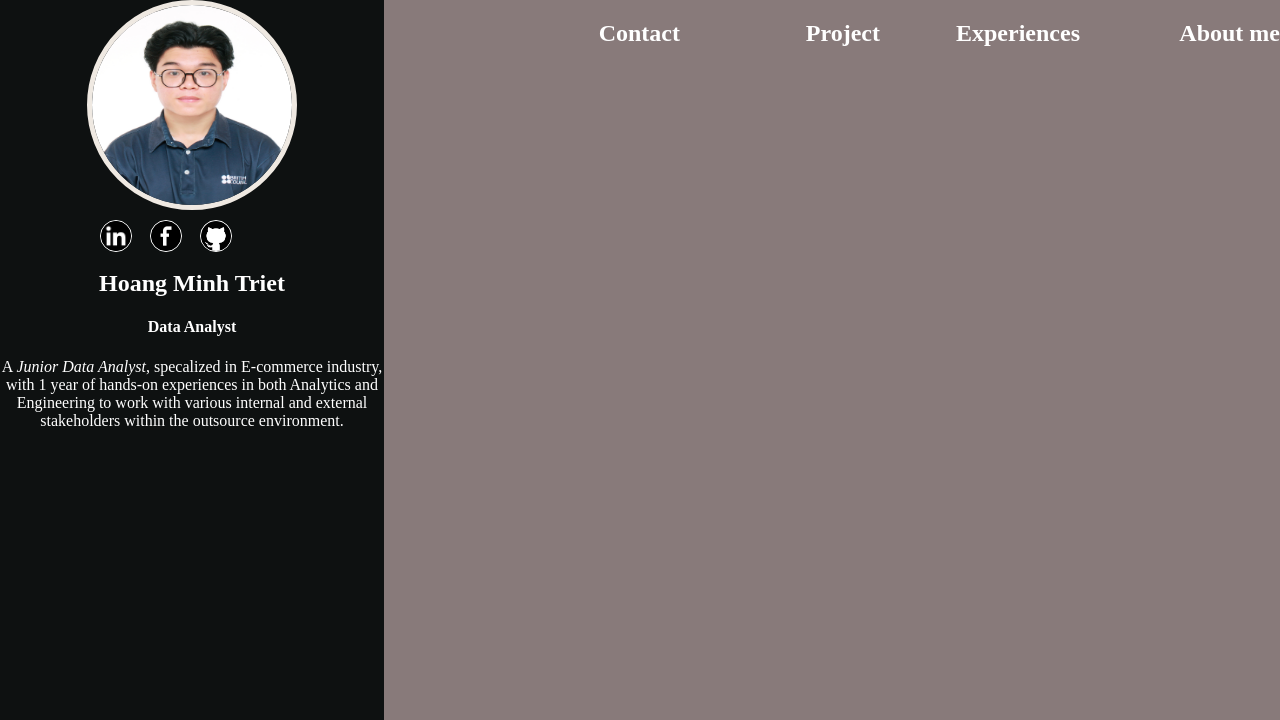
Repository: MinnTrit/personal_website
Page: http://localhost/
The author's editor kept a copy of each file at every save. The page is drawn from the files as they stood at one save, then again after the next save.
The browser window is 1280 px wide. The pictures show the whole page.
The page is served by the project's application, run on Flask 3 (app.py).

Above is the page before, as saved 2025-01-28 23:41:09.

After the next save:
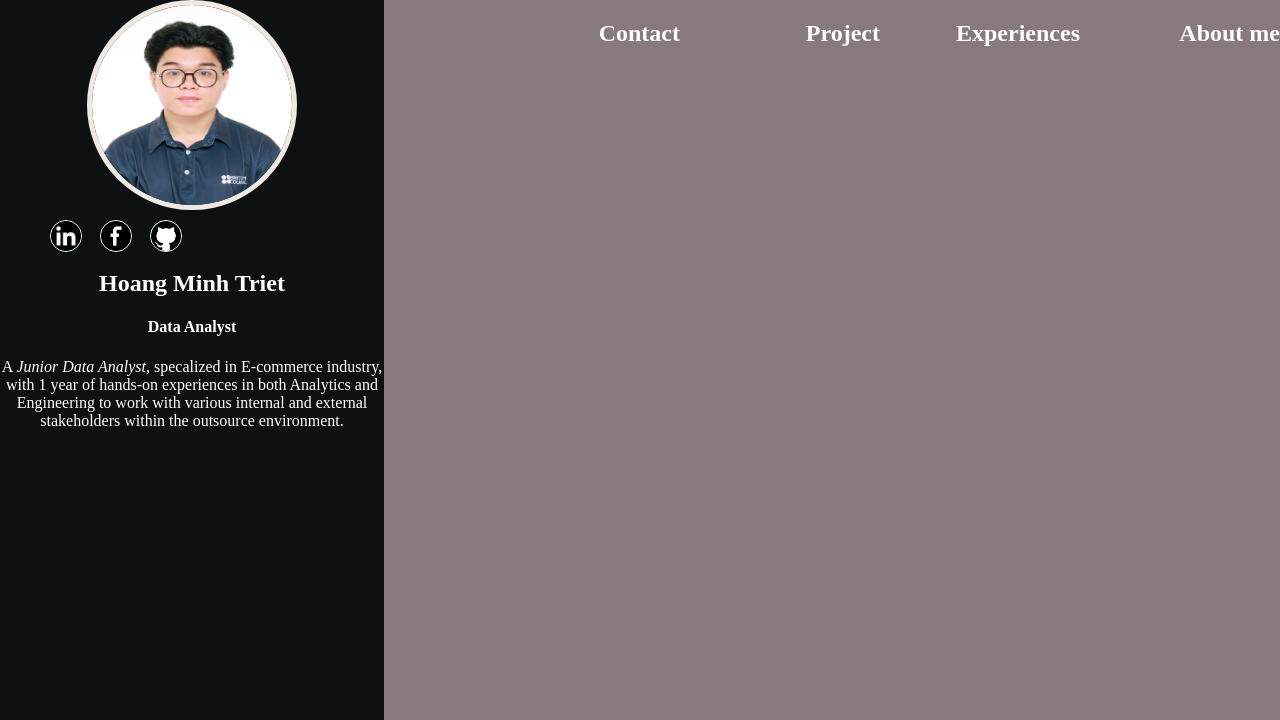
Saved 29 s later.
--- a/static/css/styles.css
+++ b/static/css/styles.css
@@ -57,9 +57,7 @@ html, body {
 
 /* Locate the div information*/
 .information {
-    position: absolute;
-    top: 0px;
-    left: 50px;
+    margin-top: 20px
 }
 
 .information .facebook {
